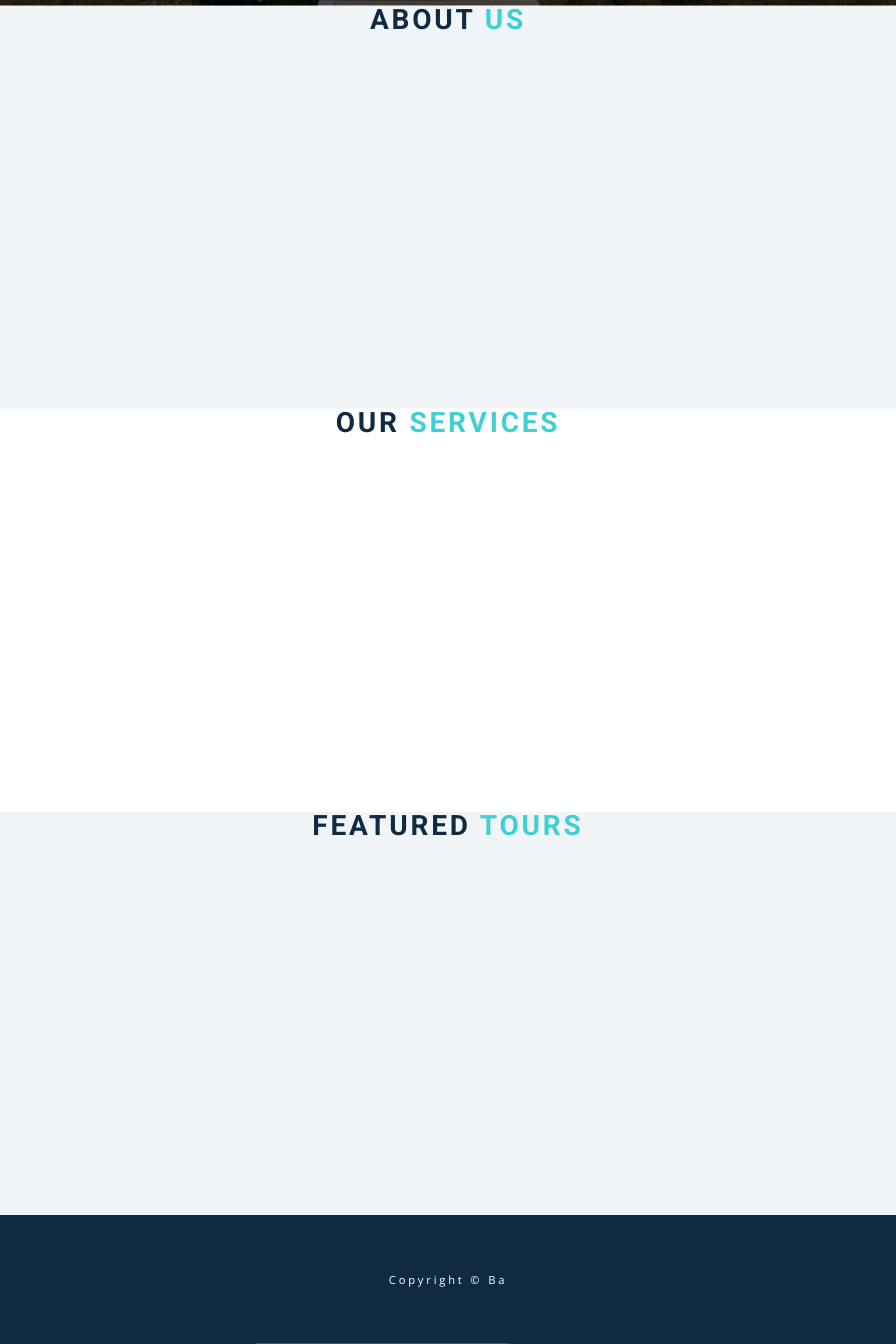
Repository: spidero7/Scroll
Page: index.html
These files come from the project's save history. The page is drawn as it stood at one moment and after a run of saves; the edit follows.
The browser window is 1280 px wide. The pictures show the part of the page from y = 794 to 2714 px (the page is 2714 px tall), at 70% of full size.
Some web libraries are served in a nearby version.

Above is the page before, as saved 2021-10-07 07:54:57.

### index.html
<!DOCTYPE html>
<html lang="en">
<head>
    <meta charset="UTF-8">
    <meta http-equiv="X-UA-Compatible" content="IE=edge">
    <meta name="viewport" content="width=device-width, initial-scale=1.0">
    <title>Scroll</title>
    <link rel="stylesheet" href="styles.css">
    <link rel="stylesheet" href="https://cdnjs.cloudflare.com/ajax/libs/font-awesome/5.14.0/css/all.min.css">
</head>
<body>
    <!-- header  -->
    <header id="home">
        <!-- navbar -->
        <nav id="nav">
            <div class="nav-center">
                <!-- nav header  -->
                <div class="nav-header">
                    <img src="./imgs/logo.svg" alt="logo" class="logo"/>
                    <button class="nav-toggle">
                        <i class="fas fa-bars"></i>
                    </button>
                </div>
                <!-- links -->
                <div class="links-container">
                    <ul class="links">
                        <li>
                          <a href="#home" class="scroll-link">home</a>
                        </li>
                        <li>
                          <a href="#about" class="scroll-link">about</a>
                        </li>
                        <li>
                          <a href="#services" class="scroll-link">services</a>
                        </li>
                        <li>
                          <a href="#tours" class="scroll-link">tours</a>
                        </li>
                      </ul>
                </div>
            </div>
        </nav>
        <!-- banner -->
        <div class="banner">
            <div class="container">
                <h1>scroll project</h1>
                <p>
                    Lorem ipsum dolor sit amet consectetur, adipisicing elit. Odio saepe officiis,
                    tempore quae nobis, perferendis id temporibus, harum minima voluptatum animi non
                    praesentium atque? Expedita, possimus deserunt. Sunt, suscipit nulla?
                </p>
                <a href="#tours" class="scroll-link btn btn-white">
                    explore tours
                </a>
            </div>
        </div>
    </header>
    <!-- about -->
    <section id="about" class="section">
        <div class="title">
            <h2>about <span>us</span></h2>
        </div>
    </section>
    <!-- services -->
    <section id="services" class="section">
        <div class="title">
            <h2>our <span>services</span></h2>
        </div>
    </section>
    <!-- tours -->
    <section id="tours" class="section">
        <div class="title">
            <h2>featured <span>tours</span></h2>
        </div>
    </section>
    <!-- footer -->
    <footer class="section">
        <p>
            copyright &copy; ba
        </p>
    </footer>
    <script src="app.js"></script>
</body>
</html>

### styles.css
/*
===============
Fonts
===============
*/
@import url("https://fonts.googleapis.com/css?family=Open+Sans|Roboto:400,700&display=swap");

/*
===============
Variables
===============
*/

:root {
  /* dark shades of primary color*/
  --clr-primary-1: hsl(205, 86%, 17%);
  --clr-primary-2: hsl(205, 77%, 27%);
  --clr-primary-3: hsl(205, 72%, 37%);
  --clr-primary-4: hsl(205, 63%, 48%);
  /* primary/main color */
  --clr-primary-5: #49a6e9;
  /* lighter shades of primary color */
  --clr-primary-6: hsl(205, 89%, 70%);
  --clr-primary-7: hsl(205, 90%, 76%);
  --clr-primary-8: hsl(205, 86%, 81%);
  --clr-primary-9: hsl(205, 90%, 88%);
  --clr-primary-10: hsl(205, 100%, 96%);
  /* darkest grey - used for headings */
  --clr-grey-1: hsl(209, 61%, 16%);
  --clr-grey-2: hsl(211, 39%, 23%);
  --clr-grey-3: hsl(209, 34%, 30%);
  --clr-grey-4: hsl(209, 28%, 39%);
  /* grey used for paragraphs */
  --clr-grey-5: hsl(210, 22%, 49%);
  --clr-grey-6: hsl(209, 23%, 60%);
  --clr-grey-7: hsl(211, 27%, 70%);
  --clr-grey-8: hsl(210, 31%, 80%);
  --clr-grey-9: hsl(212, 33%, 89%);
  --clr-grey-10: hsl(210, 36%, 96%);
  --clr-white: #fff;
  --clr-red-dark: hsl(360, 67%, 44%);
  --clr-red-light: hsl(360, 71%, 66%);
  --clr-green-dark: hsl(125, 67%, 44%);
  --clr-green-light: hsl(125, 71%, 66%);
  --clr-secondary: hsla(182, 63%, 54%);
  --clr-black: #222;
  --ff-primary: "Roboto", sans-serif;
  --ff-secondary: "Open Sans", sans-serif;
  --transition: all 0.3s linear;
  --spacing: 0.25rem;
  --radius: 0.5rem;
  --light-shadow: 0 5px 15px rgba(0, 0, 0, 0.1);
  --dark-shadow: 0 5px 15px rgba(0, 0, 0, 0.2);
  --max-width: 1170px;
  --fixed-width: 620px;
}
/*
===============
Global Styles
===============
*/
html {
  scroll-behavior: smooth;
}
*,
::after,
::before {
  margin: 0;
  padding: 0;
  box-sizing: border-box;
}
body {
  font-family: var(--ff-secondary);
  background: var(--clr-grey-10);
  color: var(--clr-grey-1);
  line-height: 1.5;
  font-size: 0.875rem;
}
ul {
  list-style-type: none;
}
a {
  text-decoration: none;
}
img:not(.logo) {
  width: 100%;
}
img {
  display: block;
}

h1,
h2,
h3,
h4 {
  letter-spacing: var(--spacing);
  text-transform: capitalize;
  line-height: 1.25;
  margin-bottom: 0.75rem;
  font-family: var(--ff-primary);
}
h1 {
  font-size: 3rem;
}
h2 {
  font-size: 2rem;
}
h3 {
  font-size: 1.25rem;
}
h4 {
  font-size: 0.875rem;
}
p {
  margin-bottom: 1.25rem;
  color: var(--clr-grey-5);
}
@media screen and (min-width: 800px) {
  h1 {
    font-size: 4rem;
  }
  h2 {
    font-size: 2.5rem;
  }
  h3 {
    font-size: 1.75rem;
  }
  h4 {
    font-size: 1rem;
  }
  body {
    font-size: 1rem;
  }
  h1,
  h2,
  h3,
  h4 {
    line-height: 1;
  }
}
/*  global classes */

.btn {
  text-transform: uppercase;
  background: transparent;
  color: var(--clr-black);
  padding: 0.375rem 0.75rem;
  letter-spacing: var(--spacing);
  display: inline-block;
  transition: var(--transition);
  font-size: 0.875rem;
  border: 2px solid var(--clr-black);
  cursor: pointer;
  box-shadow: 0 1px 3px rgba(0, 0, 0, 0.2);
  border-radius: var(--radius);
}
.btn:hover {
  color: var(--clr-white);
  background: var(--clr-black);
}
.btn-white {
  color: var(--clr-white);
  border-color: var(--clr-white);
  border-radius: 0;
  padding: 0.5rem 1rem;
}
.btn:hover {
  background: var(--clr-white);
  color: var(--clr-secondary);
}
/* section */
.section {
  padding-bottom: 5rem;
}

.section-center {
  width: 90vw;
  margin: 0 auto;
  max-width: 1170px;
}
@media screen and (min-width: 992px) {
  .section-center {
    width: 95vw;
  }
}
main {
  min-height: 100vh;
  display: grid;
  place-items: center;
}
/*
===============
Scroll
===============
*/
/* navbar */
nav {
  background: var(--clr-white);
  padding: 1rem 1.5rem;
}
/* fixed nav */
.fixed-nav {
  position: fixed;
  top: 0;
  left: 0;
  width: 100%;
  background: var(--clr-white);
  box-shadow: var(--light-shadow);
}
.fixed-nav .links a {
  color: var(--clr-grey-1);
}
.fixed-nav .links a:hover {
  color: var(--clr-secondary);
}
/* .fixed-nav .links-container {
  height: auto !important;
} */
.nav-header {
  display: flex;
  align-items: center;
  justify-content: space-between;
}
.nav-toggle {
  font-size: 1.5rem;
  color: var(--clr-grey-1);
  background: transparent;
  border-color: transparent;
  transition: var(--transition);
  cursor: pointer;
}
.nav-toggle:hover {
  color: var(--clr-secondary);
}
.logo {
  height: 50px;
}
.links-container {
  height: 0;
  overflow: hidden;
  transition: var(--transition);
}
.show-links {
  height: 200px;
}
.links a {
  background: var(--clr-white);
  color: var(--clr-grey-5);
  font-size: 1.1rem;
  text-transform: capitalize;
  letter-spacing: var(--spacing);
  display: block;
  transition: var(--transition);
  font-weight: bold;
  padding: 0.75rem 0;
}
.links a:hover {
  color: var(--clr-grey-1);
}
@media screen and (min-width: 800px) {
  nav {
    background: transparent;
  }
  .nav-center {
    width: 90vw;
    max-width: 1170px;
    margin: 0 auto;
    display: flex;
    align-items: center;
    justify-content: space-between;
  }
  .nav-header {
    padding: 0;
  }
  .nav-toggle {
    display: none;
  }
  .links-container {
    height: auto !important;
  }
  .links {
    display: flex;
  }
  .links a {
    background: transparent;
    color: var(--clr-white);
    font-size: 1.1rem;
    text-transform: capitalize;
    letter-spacing: var(--spacing);
    display: block;
    transition: var(--transition);
    margin: 0 1rem;
    font-weight: bold;
    padding: 0;
  }
  .links a:hover {
    color: var(--clr-white);
  }
}
/* hero */
header {
  min-height: 100vh;
  background: linear-gradient(rgba(63, 208, 212, 0.5), rgba(0, 0, 0, 0.7)),
    url(./imgs/hero-bcg.jpeg) center/cover no-repeat;
}
.banner {
  min-height: 100vh;
  display: grid;
  place-items: center;
  text-align: center;
}
.container h1 {
  color: var(--clr-white);
  text-transform: uppercase;
}
.container p {
  color: var(--clr-white);
  max-width: 25rem;
  margin: 0 auto;
  margin-bottom: 1.25rem;
}
@media screen and (min-width: 768px) {
  .container p {
    max-width: 40rem;
  }
}
/* sections and title */
.title h2 {
  text-align: center;
  text-transform: uppercase;
}
.title span {
  color: var(--clr-secondary);
}
#about,
#services,
#tours {
  height: 80vh;
}
#services {
  background: var(--clr-white);
}
footer {
  background: var(--clr-grey-1);
  padding: 5rem 1rem;
}
footer p {
  color: var(--clr-white);
  text-align: center;
  text-transform: capitalize;
  letter-spacing: var(--spacing);
  margin-bottom: 0;
}

.top-link {
  font-size: 1.25rem;
  position: fixed;
  bottom: 3rem;
  right: 3rem;
  background: var(--clr-secondary);
  width: 2rem;
  height: 2rem;
  display: grid;
  place-items: center;
  border-radius: var(--radius);
  color: var(--clr-white);
  animation: bounce 2s ease-in-out infinite;

  visibility: hidden;
  z-index: -100;
}
.show-link {
  visibility: visible;
  z-index: 100;
}

@keyframes bounce {
  0% {
    transform: scale(1);
  }
  50% {
    transform: scale(1.5);
  }
  100% {
    transform: scale(1);
  }
}

Loaded but not shown: app.js (no stored copy; drawn as an empty file)

After the next 3 saves:
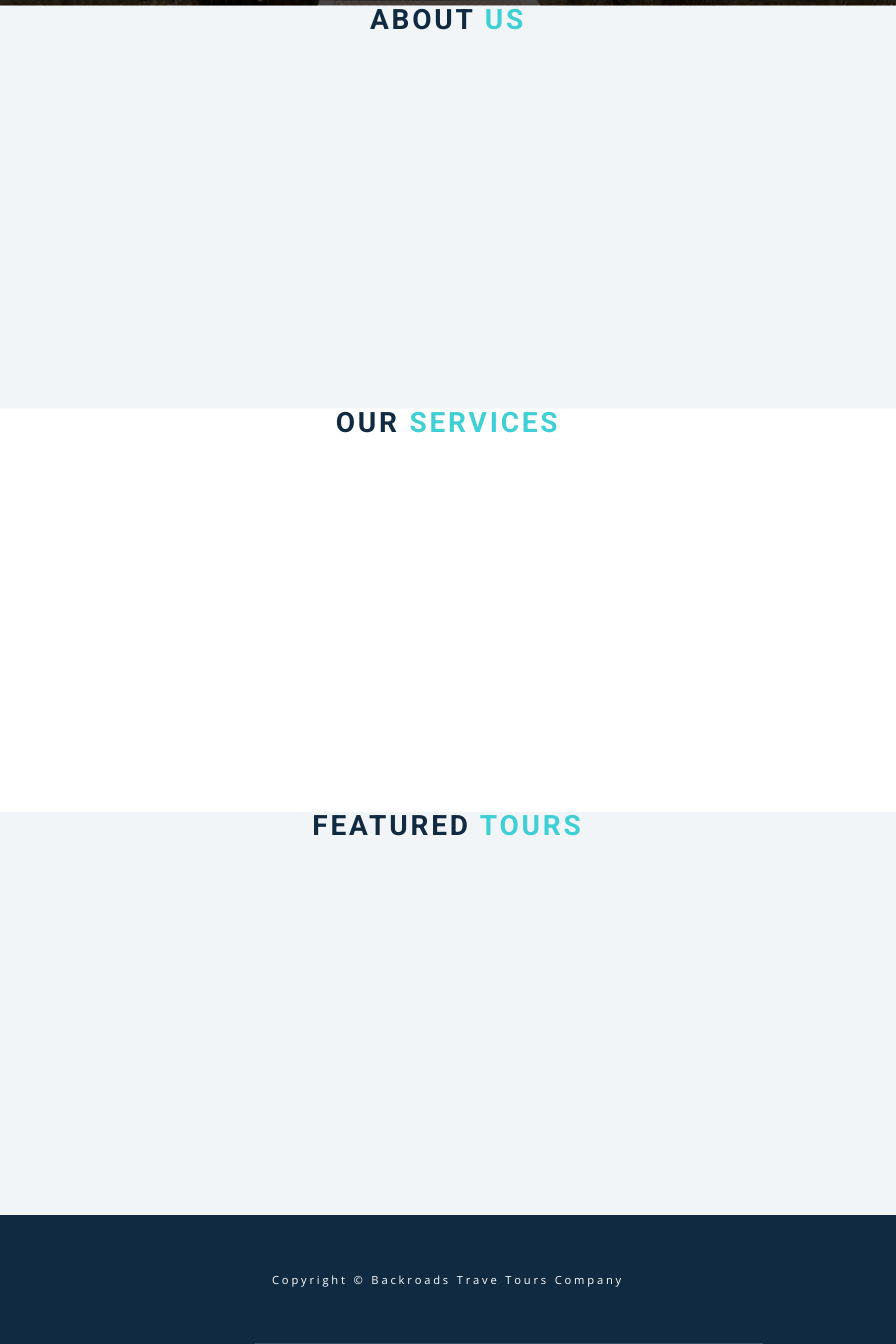
The 3 saves are shown as one change because they came seconds apart.
The last was saved 12 s later.
--- a/index.html
+++ b/index.html
@@ -76,7 +76,7 @@
     <!-- footer -->
     <footer class="section">
         <p>
-            copyright &copy; ba
+            copyright &copy; backroads trave tours company
         </p>
     </footer>
     <script src="app.js"></script>
